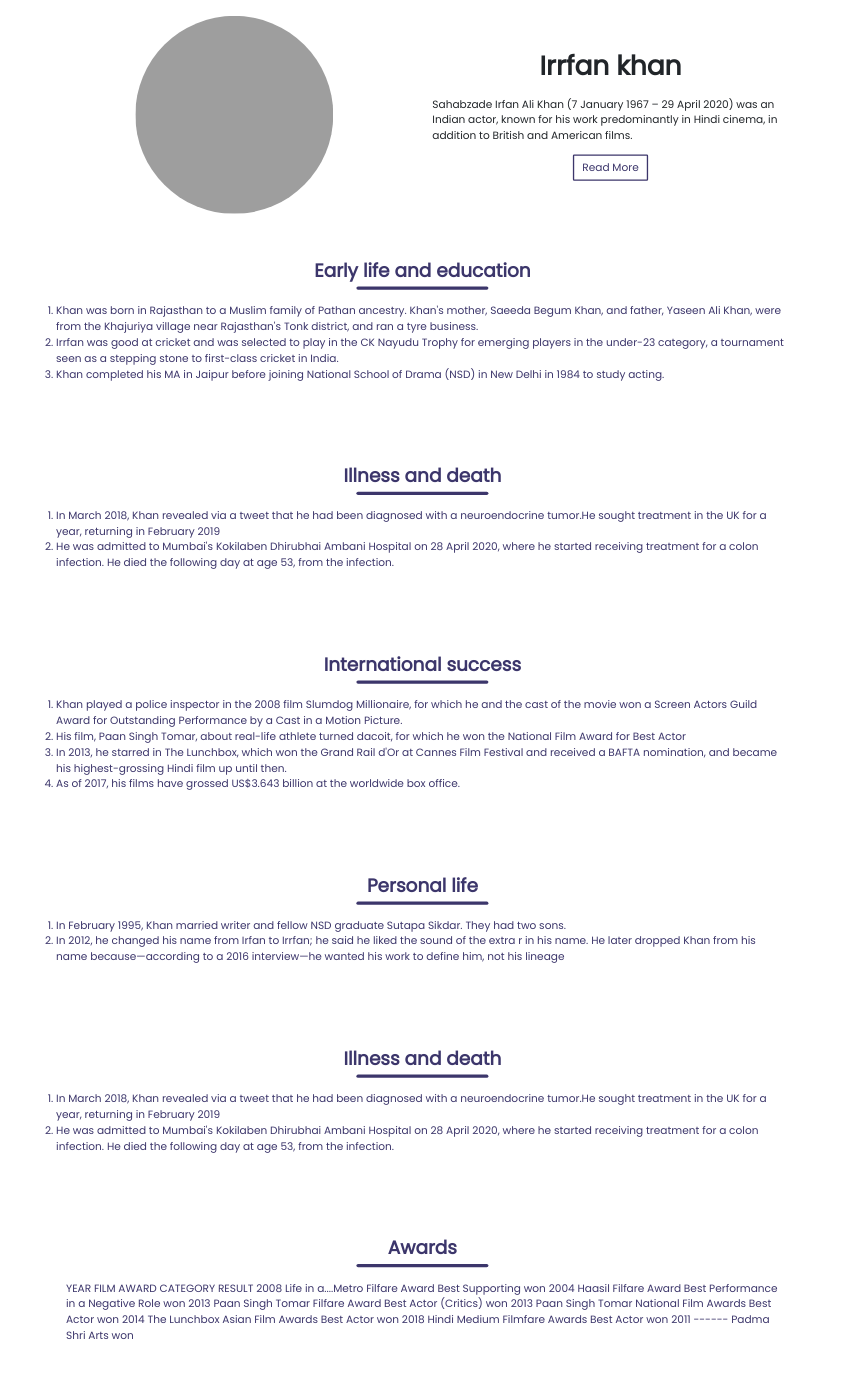
Repository: Mayur2905/OIBSIP
Page: Task-5/index.html
These files come from the project's save history. The page is drawn as it stood at one moment and after the next save; the edit follows.
The browser window is 1280 px wide. The pictures show the whole page, at 66% of full size.
Pictures or frames that could not be fetched are drawn as grey boxes.

Above is the page before, as saved 2022-02-04 15:29:57.

### Task-5/index.html
<!DOCTYPE html>
<html lang="en">
<head>
    <meta charset="UTF-8">
    <meta http-equiv="X-UA-Compatible" content="IE=edge">
    <meta name="viewport" content="width=device-width, initial-scale=1.0">
    <title>TRIBUTE PAGE | IRFAN KHAN</title>
    <link rel="stylesheet" href="style.css">
    <link rel="stylesheet" href="https://maxcdn.bootstrapcdn.com/bootstrap/4.0.0/css/bootstrap.min.css" integrity="sha384-Gn5384xqQ1aoWXA+058RXPxPg6fy4IWvTNh0E263XmFcJlSAwiGgFAW/dAiS6JXm" crossorigin="anonymous">
    <link rel="preconnect" href="https://fonts.googleapis.com">
<link rel="preconnect" href="https://fonts.gstatic.com" crossorigin>
<link href="https://fonts.googleapis.com/css2?family=Poppins&display=swap" rel="stylesheet">
</head>
<body>
    <section id="heading">
        <div class="container">
            <div class="row">
                <div class="col-md-6 text-center py-4">
                    <img src="https://channeltt.tv/uploads/media_image/2020/04/irfan-khan-Porttret.jpg" width="300px" height="300px">
                </div>
                <div class="col-md-6">
                    <p class="promo-title text-center">Irrfan khan</p>
                    <p>
                        Sahabzade Irfan Ali Khan (7 January 1967 – 29 April 2020) was an Indian actor, known for his work predominantly in Hindi cinema, in addition to British and American films.
                    </p>
                    <div class="text-center">
                        <a href="#more" class="btn btn-primary">Read More</a>
                    </div>
                </div>
            </div>
        </div>
    </section>


    <!------------- Life ----------------->
    <section id="life">
        <div class="container">
        <h3 class="title text-center font-weight-bold">
            Early life and education
        </h3>
        <ol class="py-4">
                <li> Khan was born in Rajasthan to a Muslim family of Pathan ancestry. Khan's mother, Saeeda Begum Khan, and father, Yaseen Ali Khan, were from the Khajuriya village near Rajasthan's Tonk district, and ran a tyre business.</li>
                <li> Irrfan was good at cricket and was selected to play in the CK Nayudu Trophy for emerging players in the under-23 category, a tournament seen as a stepping stone to first-class cricket in India.</li>
                <li> Khan completed his MA in Jaipur before joining National School of Drama (NSD) in New Delhi in 1984 to study acting.</li>
        </ol>

        </div>

    </section>
    <section id="life">
        <div class="container">
            <h3 class="title text-center font-weight-bold">
                Illness and death
            </h3>
            <ol class="py-4">
                    <li> In March 2018, Khan revealed via a tweet that he had been diagnosed with a neuroendocrine tumor.He sought treatment in the UK for a year, returning in February 2019</li>
                    <li> He was admitted to Mumbai's Kokilaben Dhirubhai Ambani Hospital on 28 April 2020, where he started receiving treatment for a colon infection. He died the following day at age 53, from the infection.</li>
            </ol>
        </div>
    </section>
    <section id="life">
        <div class="container">
            <h3 class="title text-center font-weight-bold">
                International success
            </h3>
            <ol class="py-4">
                    <li> Khan played a police inspector in the 2008 film Slumdog Millionaire, for which he and the cast of the movie won a Screen Actors Guild Award for Outstanding Performance by a Cast in a Motion Picture.</li>
                    <li> His film, Paan Singh Tomar, about real-life athlete turned dacoit, for which he won the National Film Award for Best Actor </li>
                    <li>In 2013, he starred in The Lunchbox, which won the Grand Rail d'Or at Cannes Film Festival and received a BAFTA nomination, and became his highest-grossing Hindi film up until then.</li>
                    <li>As of 2017, his films have grossed US$3.643 billion at the worldwide box office.</li>
            </ol>
        </div>
    </section>
    <section id="life">
        <div class="container">
            <h3 class="title text-center font-weight-bold">
                Personal life
            </h3>
            <ol class="py-4">
                    <li> In February 1995, Khan married writer and fellow NSD graduate Sutapa Sikdar. They had two sons.</li>
                    <li>In 2012, he changed his name from Irfan to Irrfan; he said he liked the sound of the extra r in his name. He later dropped Khan from his name because—according to a 2016 interview—he wanted his work to define him, not his lineage </li>
            </ol>
        </div>
    </section>
    <section id="life">
        <div class="container">
            <h3 class="title text-center font-weight-bold">
                Illness and death
            </h3>
            <ol class="py-4">
                    <li> In March 2018, Khan revealed via a tweet that he had been diagnosed with a neuroendocrine tumor.He sought treatment in the UK for a year, returning in February 2019</li>
                    <li> He was admitted to Mumbai's Kokilaben Dhirubhai Ambani Hospital on 28 April 2020, where he started receiving treatment for a colon infection. He died the following day at age 53, from the infection.</li>
            </ol>
        </div>
    </section>
    <!------------------------------Awards------------------------------->
    <section id="life">
        <div class="container">
            <h3 class="title text-center font-weight-bold">Awards</h3>
            <div class="col-md-12 py-4 table-responsive">
            <div class="table table-bordered">
                <thead class="thead-dark">
                    <tr>
                        <th scope="col">YEAR</th>
                        <th scope="col">FILM</th>
                        <th scope="col">AWARD</th>
                        <th scope="col">CATEGORY</th>
                        <th scope="col">RESULT</th>
                    </tr>
                </thead>
                <tbody>
                    <tr>
                        <th scope="col">2008</th>
                        <td scope="col">Life in a....Metro</td>
                        <td scope="col">Filfare Award</td>
                        <td scope="col">Best Supporting</td>
                        <td scope="col">won</td>
                    </tr>
                    <tr>
                        <th scope="col">2004</th>
                        <td scope="col">Haasil</td>
                        <td scope="col">Filfare Award</td>
                        <td scope="col">Best Performance in a Negative Role</td>
                        <td scope="col">won</td>
                    </tr>
                    <tr>
                        <th scope="col">2013</th>
                        <td scope="col">Paan Singh Tomar</td>
                        <td scope="col">Filfare Award</td>
                        <td scope="col">Best Actor (Critics)</td>
                        <td scope="col">won</td>
                    </tr>
                    <tr>
                        <th scope="col">2013</th>
                        <td scope="col">Paan Singh Tomar</td>
                        <td scope="col">National Film Awards</td>
                        <td scope="col">Best Actor</td>
                        <td scope="col">won</td>
                    </tr>
                    <tr>
                        <th scope="col">2014</th>
                        <td scope="col">The Lunchbox</td>
                        <td scope="col">Asian Film Awards</td>
                        <td scope="col">Best Actor</td>
                        <td scope="col">won</td>
                    </tr>
                    <tr>
                        <th scope="col">2018</th>
                        <td scope="col">Hindi Medium</td>
                        <td scope="col">Filmfare Awards</td>
                        <td scope="col">Best Actor</td>
                        <td scope="col">won</td>
                    </tr>
                    <tr>
                        <th scope="col">2011</th>
                        <td scope="col">------</td>
                        <td scope="col">Padma Shri</td>
                        <td scope="col">Arts</td>
                        <td scope="col">won</td>
                    </tr>
                </tbody>
            </div>
            </div>
        </div>
    </section>
</body>
</html>

### Task-5/style.css
@import url("https://fonts.googleapis.com/css2?family=Poppins&display=swap");
* {
  margin: 0;
  padding: 0;
}
body {
  font-family: "Poppins", sans-serif !important;
}
img {
  border-radius: 50%;
}
.promo-title {
  font-size: 40px;
  font-weight: 600;
  margin-top: 70px;
}
.btn-primary {
  box-shadow: none !important;
  padding: 8px 25px;
  border-radius: 2px !important;
  border: 2px solid #3c366b !important;
  color: #3c366b !important;
  background: none !important;
}
.btn-primary:hover {
  background: #3c366b !important;
  color: #fff !important;
  border: 2px solid #fff !important;
}

#life {
  padding: 40px 0;
  color: #3c366b;
}
.title::before {
  content: "";
  background: #3c366b;
  height: 5px;
  width: 200px;
  margin-left: auto;
  margin-right: auto;
  display: block;
  border-radius: 50px;
  transform: translateY(46px);
}
ul {
  list-style-type: none;
  font-weight: lighter;
}
ul li {
  padding: 3px;
  font-weight: 300;
  color: black !important;
}

After the next save:
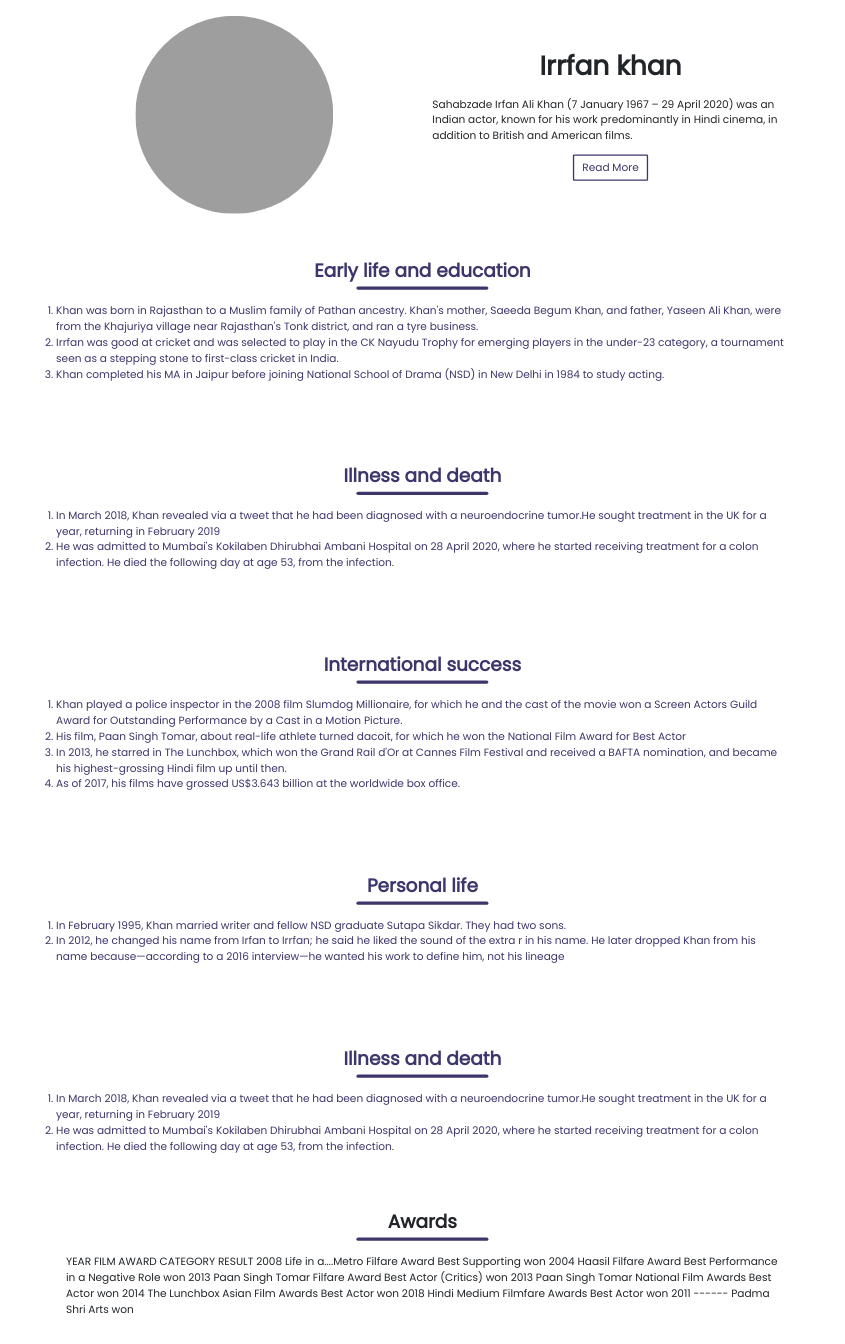
Saved 8 min 13 s later.
--- a/Task-5/index.html
+++ b/Task-5/index.html
@@ -94,7 +94,7 @@
         </div>
     </section>
     <!------------------------------Awards------------------------------->
-    <section id="life">
+    <section >
         <div class="container">
             <h3 class="title text-center font-weight-bold">Awards</h3>
             <div class="col-md-12 py-4 table-responsive">
